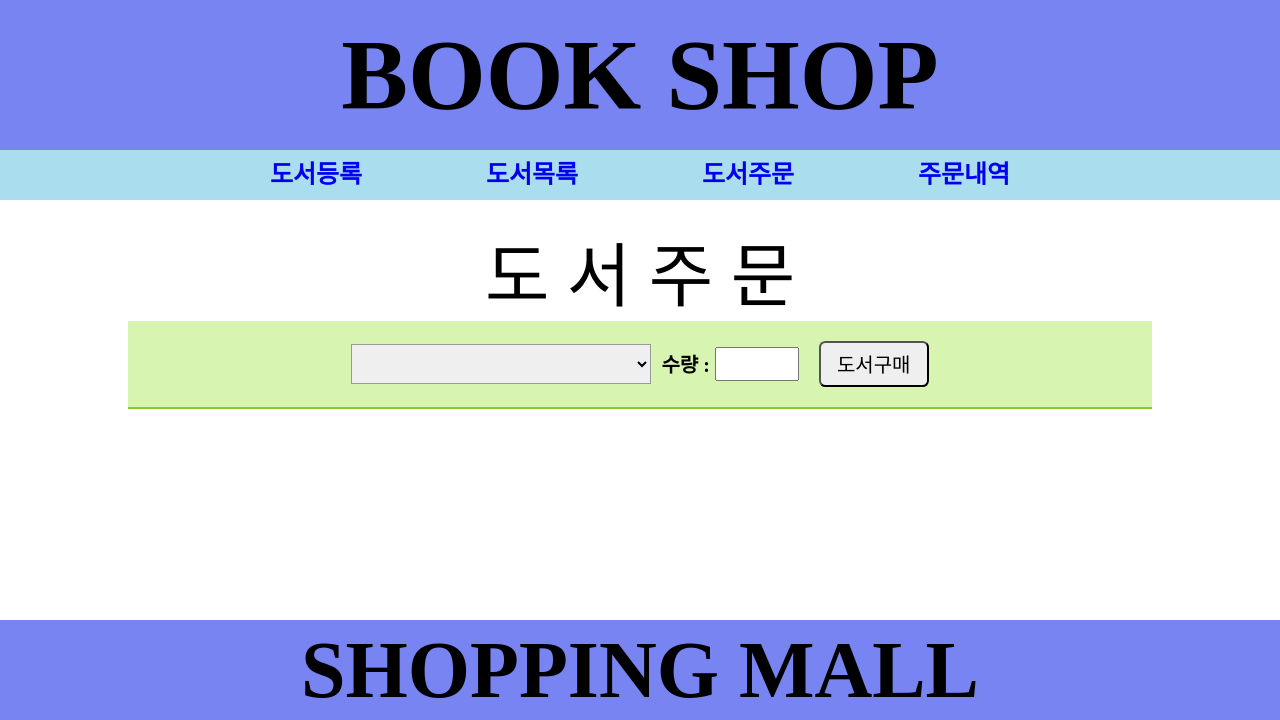
Repository: eunmiyo/BookShop
Page: http://localhost/Book/buy
These files come from the project's save history. The page is drawn as it stood at one moment and after the next save; the edit follows.
The browser window is 1280 px wide. The pictures show the whole page.
The page is served by Tomcat 9. Queries for data that is not in the repository find no rows.

Above is the page before, as saved 2022-12-29 05:02:30.

After the next save:
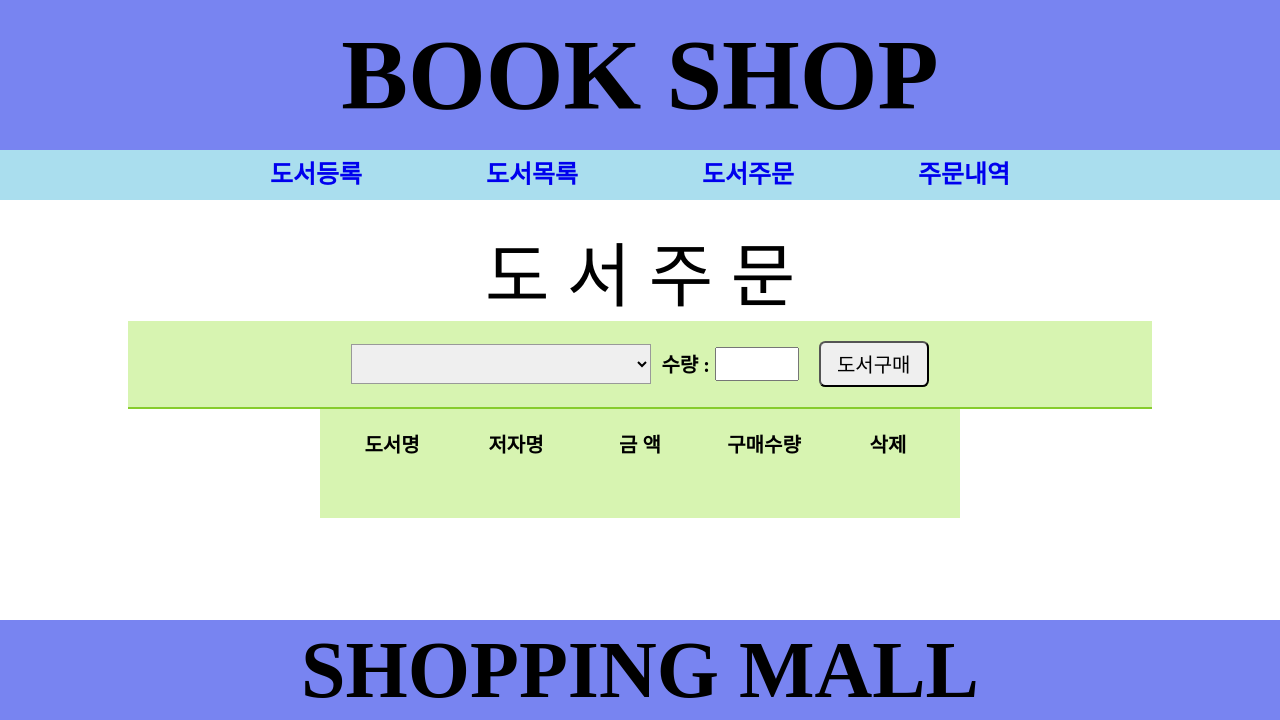
Saved 28 min 49 s later.
--- a/Book/src/main/webapp/buy.jsp
+++ b/Book/src/main/webapp/buy.jsp
@@ -15,6 +15,7 @@
 <body>
 	<%@ include file="top.jsp"%>
 		<table class="wap">
+			<form>
 			<caption>도 서 주 문</caption>
 			<tr class="bar">
 				<td>
@@ -29,6 +30,20 @@
 				<button class="btn" type="submit">도서구매</button>
 				</td>
 			</tr>
+			</form>
+
+			<table>
+				<tr>
+					<th>도서명</th>
+					<th>저자명</th>
+					<th>금 액</th>
+					<th>구매수량</th>
+					<th>삭제</th>
+				</tr>
+				<tr>
+					<td></td>
+				</tr>
+			</table>
 		</table>
 	<%@ include file="footer.jsp"%>
 	<script type="text/javascript" src="./script.js"></script>
